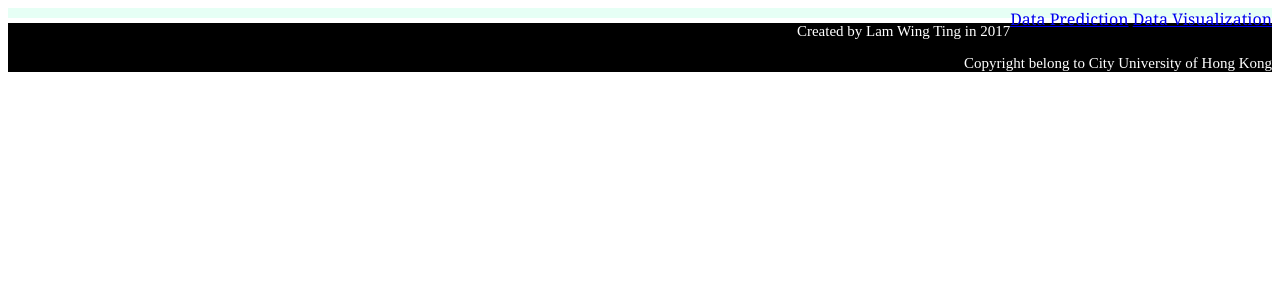
Repository: JenniferLam/FYP
Page: http://localhost/FYP_webapp/prediction/dataPred.html
These files come from the project's save history. The page is drawn as it stood at one moment and after the next save; the edit follows.
The browser window is 1280 px wide. The pictures show the whole page.
The page is served by Tomcat 9.

Above is the page before, as saved 2018-01-28 22:10:07.

After the next save:
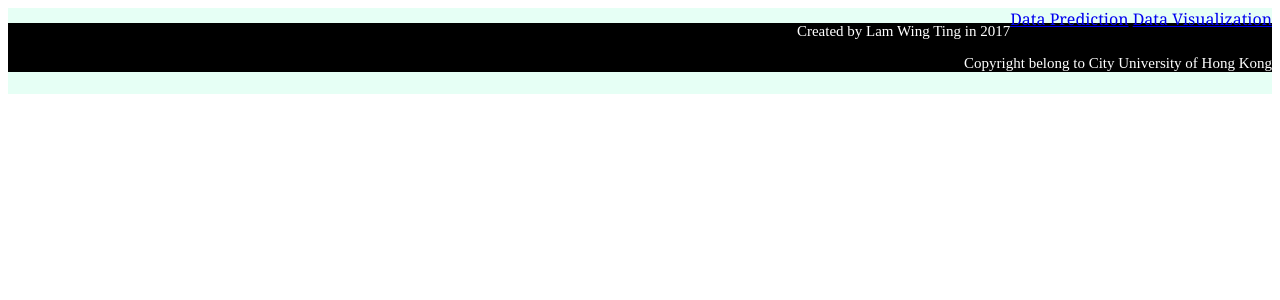
Saved 10 s later.
--- a/WebAppDev/FYP_webapp/WebContent/common.css
+++ b/WebAppDev/FYP_webapp/WebContent/common.css
@@ -3,7 +3,6 @@ body{
 }
 #header{
 	width:100%;
-	height:10px;
 	display:inline-block;
 	background-color: rgb(230, 255, 245);
 }
